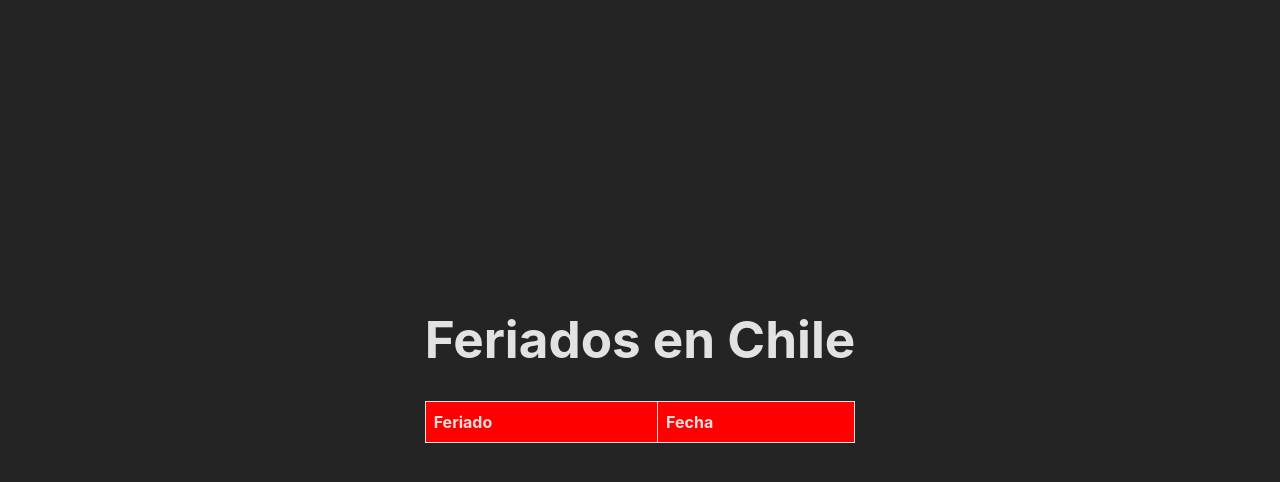
Repository: cvalenciapatagonia/Desafio-4-React-I
Page: /
These files come from the project's save history. The page is drawn as it stood at one moment and after the next save; the edit follows.
The browser window is 1280 px wide. The pictures show the whole page.
The page's requests for data from a server got no answer. The project was rebuilt for these pictures with package versions that can differ from the ones it lists, and the page was loaded fresh each time. No one was signed in, and anything a server would have sent is missing. Also part of the build but not shown: vite.config.js.

Above is the page before, as saved 2023-09-07 13:09:10.

### index.html
<!doctype html>
<html lang="en">
  <head>
    <meta charset="UTF-8" />
    <link rel="icon" type="image/svg+xml" href="/vite.svg" />
    <meta name="viewport" content="width=device-width, initial-scale=1.0" />
    <title>Desafio 4 React I</title>
  </head>
  <body>
    <div id="root"></div>
    <script type="module" src="/src/main.jsx"></script>
  </body>
</html>

### src/App.jsx
import React from 'react';
import './App.css';
import MiApi from './components/MiApi'; // Importa el componente MiApi

function App() {
  return (
    <div className="App">
      <MiApi apiURL="https://api.victorsanmartin.com/feriados/en.json" /> {/* Pasa la URL de la API como prop al componente MiApi */}
    </div>
  );
}

export default App;














































// function App() {

//   return (
//     <>
//       <h1>Hola</h1>

//     </>
//   )
// }

// export default App

//? EJEMPLO CONTADOR CON SIDE EFFECT

// import { useState, useEffect } from 'react'
// import './App.css'
// function App() {
// const [count, setCount] = useState(0)
// // Similar to componentDidMount and componentDidUpdate:
// useEffect(() => {
// // Update the document title using the browser API
// document.title = `You clicked ${count} times`
// })
// return (
// <>
// <p>You clicked {count} times</p>
// <button onClick={() => setCount(count + 1)}>Click me</button>
// </>
// )
// }
// export default App

//? EJEMPLO SIN SIDE EFFECT

// import { useState, useEffect } from 'react'
// function App() {
// const [nombre, setNombre] = useState("");
// useEffect(() => {
//     console.log("hola")
//     }, [])

// return (
// <div className="App">
// <h1>Manejo de efectos en react</h1>
// <form>
// <input
// type="text"
// placeholder="nombre"
// name={nombre}
// value={nombre}
// onChange={(e) => setNombre(e.target.value)}
// />
// </form>
// </div>
// );
// }
// export default App

//? EJEMPLO API GOT

// import { useState, useEffect } from "react";
// import "bootstrap/dist/css/bootstrap.min.css";


// function App() {
// // 3 - info guardará los valores traídos desde la API
// const [info, setInfo] = useState([]);
// // 2 - Llamamos a la función consultarApi al momento de montar el componente
// useEffect(() => {
// consultarApi();
// }, []);
// // 1 - Función que consulta la API
// const consultarApi = async () => {
// const url = "https://api.gameofthronesquotes.xyz/v1/random";
// const response = await fetch(url);
// const data = await response.json();
// setInfo(`${data.sentence} - ${data.character.name}`); // Con setInfo actualizamos el estado
// };
// return (
// <>
// {/* Mostramos la info */}
// {info}
// </>
// );
// }
// export default App;

//? EJEMPLO USEREF (evita una nueva renderizacion de componenta, tal como lo hace use state)

// import { useRef} from 'react'
// import { useEffect } from "react";

// import './App.css'
// import "bootstrap/dist/css/bootstrap.min.css";

// function App() {
// // Creamos una referencia utilizando useRef() y la asignamos a la
// // constante inputRef, esta referencia permitirá acceder al elemento del DOM correspondiente al campo de entrada
// const inputRef = useRef()
// useEffect(() => {
//     // Dentro de esta función, llamamos a la referencia inputRef.current
// // para tener acceso directo al elemento actual al que se está haciendo referencia e invocamos al método focus()
// inputRef.current.focus();
// }, []);
// return (
// <>
// <h1>Ejemplo useRef - Focus automático</h1>
// {/* // El atributo ref={inputRef} asigna la referencia al campo de entrada, esto permitirá acceder a él y aplicar el enfoque. */}
// <input type="text" placeholder="Nombre" ref={inputRef}/>
// <input type="text" placeholder="Correo electrónico" />
// <input type="text" placeholder="Teléfono" />
// </>
// )
// }
// export default App;

//? DOM VIRTUAL

//? MANEJO DE EFECTOS

### src/index.css
:root {
  font-family: Inter, system-ui, Avenir, Helvetica, Arial, sans-serif;
  line-height: 1.5;
  font-weight: 400;

  color-scheme: light dark;
  color: rgba(255, 255, 255, 0.87);
  background-color: #242424;

  font-synthesis: none;
  text-rendering: optimizeLegibility;
  -webkit-font-smoothing: antialiased;
  -moz-osx-font-smoothing: grayscale;
  -webkit-text-size-adjust: 100%;
}

a {
  font-weight: 500;
  color: #646cff;
  text-decoration: inherit;
}
a:hover {
  color: #535bf2;
}

body {
  margin: 0;
  display: flex;
  place-items: center;
  justify-content: center;
  min-width: 320px;
  min-height: 100vh;
}

h1 {
  font-size: 3.2em;
  line-height: 1.1;
}

table {
  width: 100%;
  border-collapse: collapse;
}

table th, table td {
  text-align: start;
  padding: 8px;
  border: 1px solid #ddd;
}

/* Estilos adicionales si los necesitas */
table th {
  background-color: red;
  font-weight: bold;
}

### src/components/MiApi.jsx
import React, { useEffect, useState } from 'react';

function MiApi({ apiURL }) {
  const [holidays, setHolidays] = useState([]);

  useEffect(() => {
    // Realizar una solicitud GET a la API de feriados de Chile
    fetch(apiURL)
      .then((response) => response.json())
      .then((data) => {
        if (data.status === 'success') {
          setHolidays(data.data);
        }
      })
      .catch((error) => {
        console.error('Error al obtener datos de la API de feriados de Chile:', error);
      });
  }, [apiURL]); // Agrega apiURL como una dependencia

  return (
    <div className="MiApi">
      <h1>Feriados en Chile</h1>
      <table>
        <thead>
          <tr>
            <th style={{ textAlign: 'start' }}>Feriado</th> {/* Aplica estilo para alinear el texto a la izquierda */}
            <th>Fecha</th>
          </tr>
        </thead>
        <tbody>
          {holidays.map((holiday) => (
            <tr key={holiday.date}>
              <td style={{ textAlign: 'start' }}>{holiday.title}</td> {/* Aplica estilo para alinear el texto a la izquierda */}
              <td>{holiday.date}</td>
            </tr>
          ))}
        </tbody>
      </table>
    </div>
  );
}

export default MiApi;

Loaded but not shown: src/main.jsx (common file); src/App.css (common file)

After the next save:
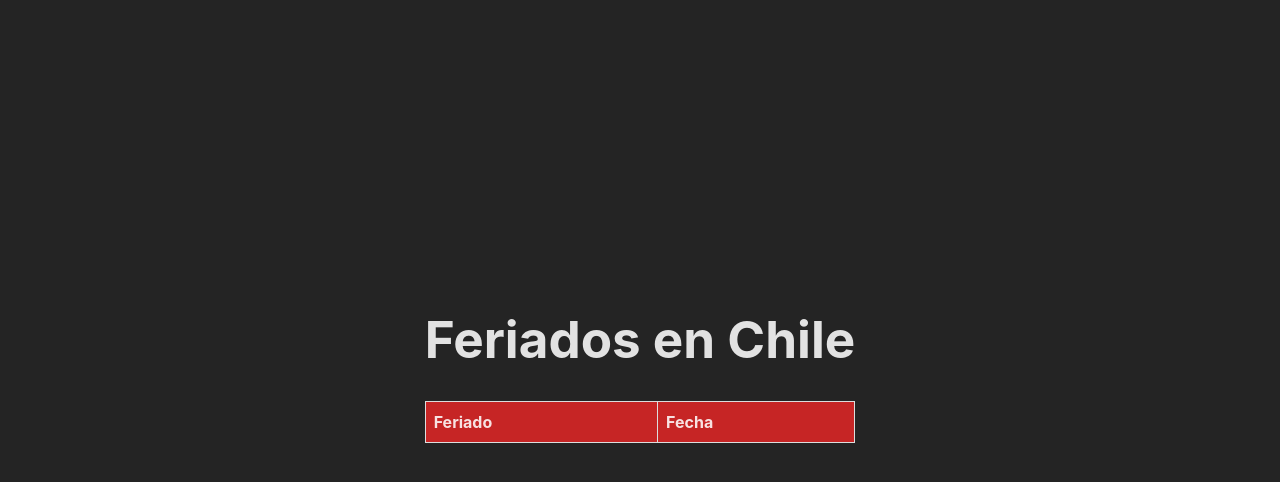
Saved 8 s later.
--- a/src/index.css
+++ b/src/index.css
@@ -50,6 +50,6 @@ table th, table td {
 
 /* Estilos adicionales si los necesitas */
 table th {
-  background-color: red;
+  background-color: rgb(198, 37, 37);
   font-weight: bold;
 }
